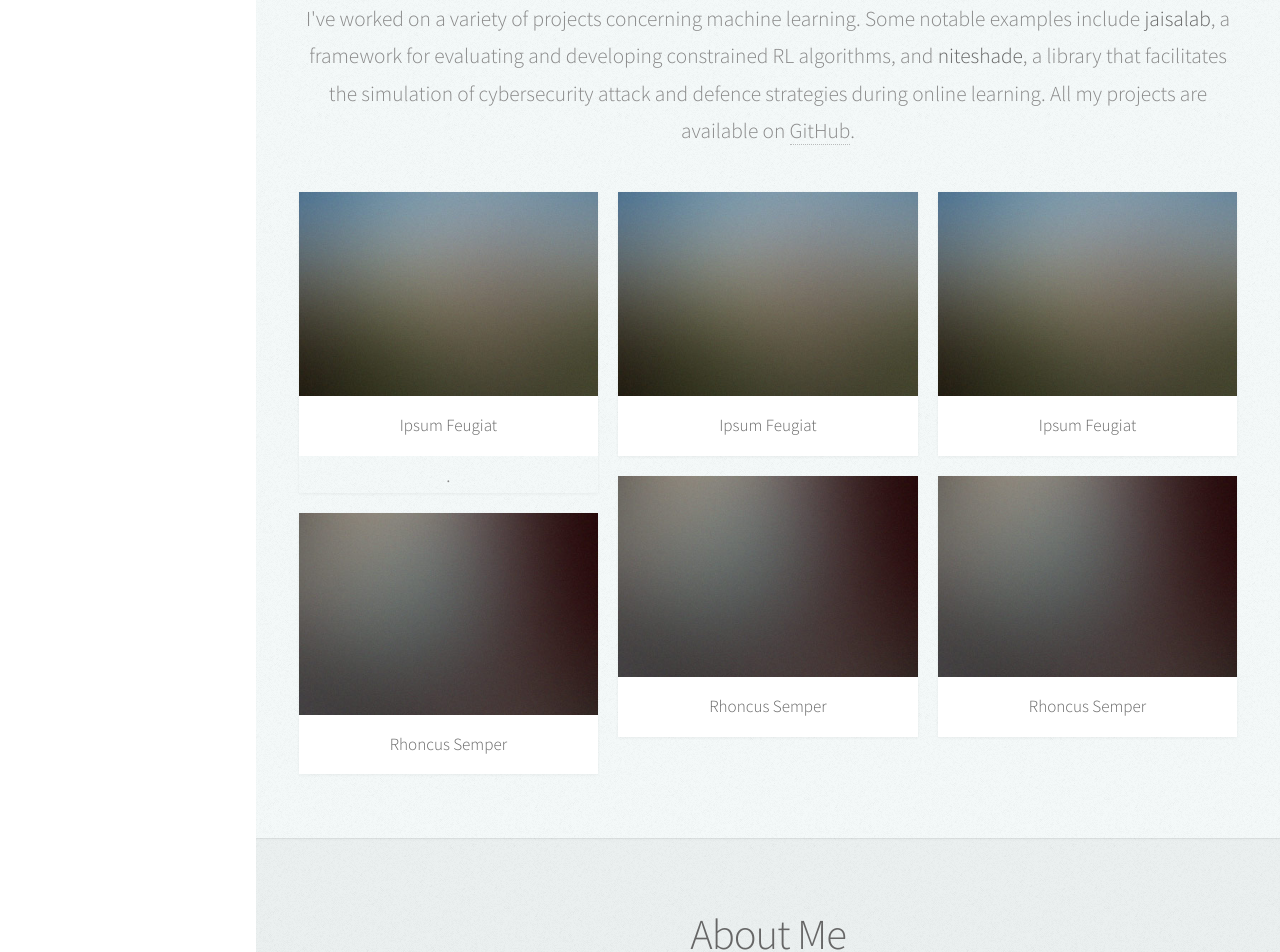
Repository: jaimesabalimperial/jaimesabalimperial.github.io
Page: index.html
The author's editor kept a copy of each file at every save. The page is drawn from the files as they stood at one save, then again after the next save.
The browser window is 1280 px wide. The pictures show the part of the page from y = 720 to 1672 px (the page is 3325 px tall).

Above is the page before, as saved 2022-10-04 13:56:13.

### index.html
<!DOCTYPE HTML>
<!--
	Prologue by HTML5 UP
	html5up.net | @ajlkn
	Free for personal and commercial use under the CCA 3.0 license (html5up.net/license)
-->
<html>
	<head>
		<title>Prologue by HTML5 UP</title>
		<meta charset="utf-8" />
		<meta name="viewport" content="width=device-width, initial-scale=1, user-scalable=no" />
		<link rel="stylesheet" href="assets/css/main.css" />
	</head>
	<body class="is-preload">

		<!-- Header -->
			<div id="header">

				<div class="top">

					<!-- Logo -->
						<div id="logo">
							<span class="image avatar48"><img src="images/profile2.jpeg" alt="" /></span>
							<h1 id="title">Jaime Sabal Bermúdez</h1>
							<p>Machine Learning Engineer/Researcher</p>
						</div>

					<!-- Nav -->
						<nav id="nav">
							<ul>
								<li><a href="#top" id="top-link"><span class="icon solid fa-home">Intro</span></a></li>
								<li><a href="#portfolio" id="portfolio-link"><span class="icon solid fa-th">Portfolio</span></a></li>
								<li><a href="#about" id="about-link"><span class="icon solid fa-user">About Me</span></a></li>
								<li><a href="#contact" id="contact-link"><span class="icon solid fa-envelope">Contact</span></a></li>
							</ul>
						</nav>

				</div>

				<div class="bottom">

					<!-- Social Icons -->
						<ul class="icons">
							<li><a href="#" class="icon brands fa-twitter"><span class="label">Twitter</span></a></li>
							<li><a href="#" class="icon brands fa-facebook-f"><span class="label">Facebook</span></a></li>
							<li><a href="https://github.com/jaimesabalimperial" class="icon brands fa-github"><span class="label">Github</span></a></li>
							<li><a href="https://medium.com/@jsabalb" class="icon brands fa-medium"><span class="label">Medium</span></a></li>
							<li><a href="mailto: jsabalb@gmail.com" class="icon solid fa-envelope"><span class="label">Email</span></a></li>
						</ul>

				</div>

			</div>

		<!-- Main -->
			<div id="main">

				<!-- Intro -->
					<section id="top" class="one dark cover">
						<div class="container">

							<header>
								<h2 class="alt">Hi! I'm <strong>Jaime</strong>, an aspiring <br />
								researcher in machine learning</a>.</h2>
								<p>My interests specifically revolve around reinforcement learning <br />
								and robot learning and control (with focus on evolutionary algorithms).</p>
							</header>

							<footer>
								<a href="#about" class="button scrolly">About Me</a>
							</footer>

						</div>
					</section>

				<!-- Portfolio -->
					<section id="portfolio" class="two">
						<div class="container">

							<header>
								<h2>Portfolio</h2>
							</header>

							<p>I've worked on a variety of projects concerning machine learning. Some notable
							examples include <strong>jaisalab</strong>, a framework for evaluating and developing
							constrained RL algorithms, and <strong>niteshade</strong>, a library that facilitates
							the simulation of cybersecurity attack and defence strategies during online learning.
							All my projects are available on <a href="https://github.com/jaimesabalimperial">GitHub</a>.</p>

							<div class="row">
								<div class="col-4 col-12-mobile">
									<article class="item">
										<a href="#" class="image fit"><img src="images/pic02.jpg" alt="" /></a>
										<header>
											<h3>Ipsum Feugiat</h3>
										</header>
										<p>.</p>
									</article>
									<article class="item">
										<a href="#" class="image fit"><img src="images/pic03.jpg" alt="" /></a>
										<header>
											<h3>Rhoncus Semper</h3>
										</header>
									</article>
								</div>
								<div class="col-4 col-12-mobile">
									<article class="item">
										<a href="#" class="image fit"><img src="images/pic02.jpg" alt="" /></a>
										<header>
											<h3>Ipsum Feugiat</h3>
										</header>
									</article>
									<article class="item">
										<a href="#" class="image fit"><img src="images/pic03.jpg" alt="" /></a>
										<header>
											<h3>Rhoncus Semper</h3>
										</header>
									</article>
								</div>
								<div class="col-4 col-12-mobile">
									<article class="item">
										<a href="#" class="image fit"><img src="images/pic02.jpg" alt="" /></a>
										<header>
											<h3>Ipsum Feugiat</h3>
										</header>

									</article>
									<article class="item">
										<a href="#" class="image fit"><img src="images/pic03.jpg" alt="" /></a>
										<header>
											<h3>Rhoncus Semper</h3>
										</header>
									</article>
								</div>
							</div>

						</div>
					</section>

				<!-- About Me -->
					<section id="about" class="three">
						<div class="container">

							<header>
								<h2>About Me</h2>
							</header>

							<a href="#" class="image featured"><img src="images/pic08.jpg" alt="" /></a>

							<p>Tincidunt eu elit diam magnis pretium accumsan etiam id urna. Ridiculus
							ultricies curae quis et rhoncus velit. Lobortis elementum aliquet nec vitae
							laoreet eget cubilia quam non etiam odio tincidunt montes. Elementum sem
							parturient nulla quam placerat viverra mauris non cum elit tempus ullamcorper
							dolor. Libero rutrum ut lacinia donec curae mus vel quisque sociis nec
							ornare iaculis.</p>

						</div>
					</section>

				<!-- Contact -->
					<section id="contact" class="four">
						<div class="container">

							<header>
								<h2>Contact</h2>
							</header>

							<p>Elementum sem parturient nulla quam placerat viverra
							mauris non cum elit tempus ullamcorper dolor. Libero rutrum ut lacinia
							donec curae mus. Eleifend id porttitor ac ultricies lobortis sem nunc
							orci ridiculus faucibus a consectetur. Porttitor curae mauris urna mi dolor.</p>

							<form method="post" action="#">
								<div class="row">
									<div class="col-6 col-12-mobile"><input type="text" name="name" placeholder="Name" /></div>
									<div class="col-6 col-12-mobile"><input type="text" name="email" placeholder="Email" /></div>
									<div class="col-12">
										<textarea name="message" placeholder="Message"></textarea>
									</div>
									<div class="col-12">
										<input type="submit" value="Send Message" />
									</div>
								</div>
							</form>

						</div>
					</section>

			</div>

		<!-- Footer -->
			<div id="footer">

				<!-- Copyright -->
					<ul class="copyright">
						<li>&copy; Untitled. All rights reserved.</li><li>Design: <a href="http://html5up.net">HTML5 UP</a></li>
					</ul>

			</div>

		<!-- Scripts -->
			<script src="assets/js/jquery.min.js"></script>
			<script src="assets/js/jquery.scrolly.min.js"></script>
			<script src="assets/js/jquery.scrollex.min.js"></script>
			<script src="assets/js/browser.min.js"></script>
			<script src="assets/js/breakpoints.min.js"></script>
			<script src="assets/js/util.js"></script>
			<script src="assets/js/main.js"></script>

	</body>
</html>

Loaded but not shown: assets/js/jquery.min.js (library); assets/js/jquery.scrolly.min.js (common file); assets/css/fontawesome-all.min.css (library); assets/js/jquery.scrollex.min.js (common file); assets/js/browser.min.js (common file); assets/js/breakpoints.min.js (common file); assets/js/util.js (587 lines, source omitted); assets/js/main.js (123 lines, source omitted); assets/css/main.css (2633 lines, source omitted)

After the next save:
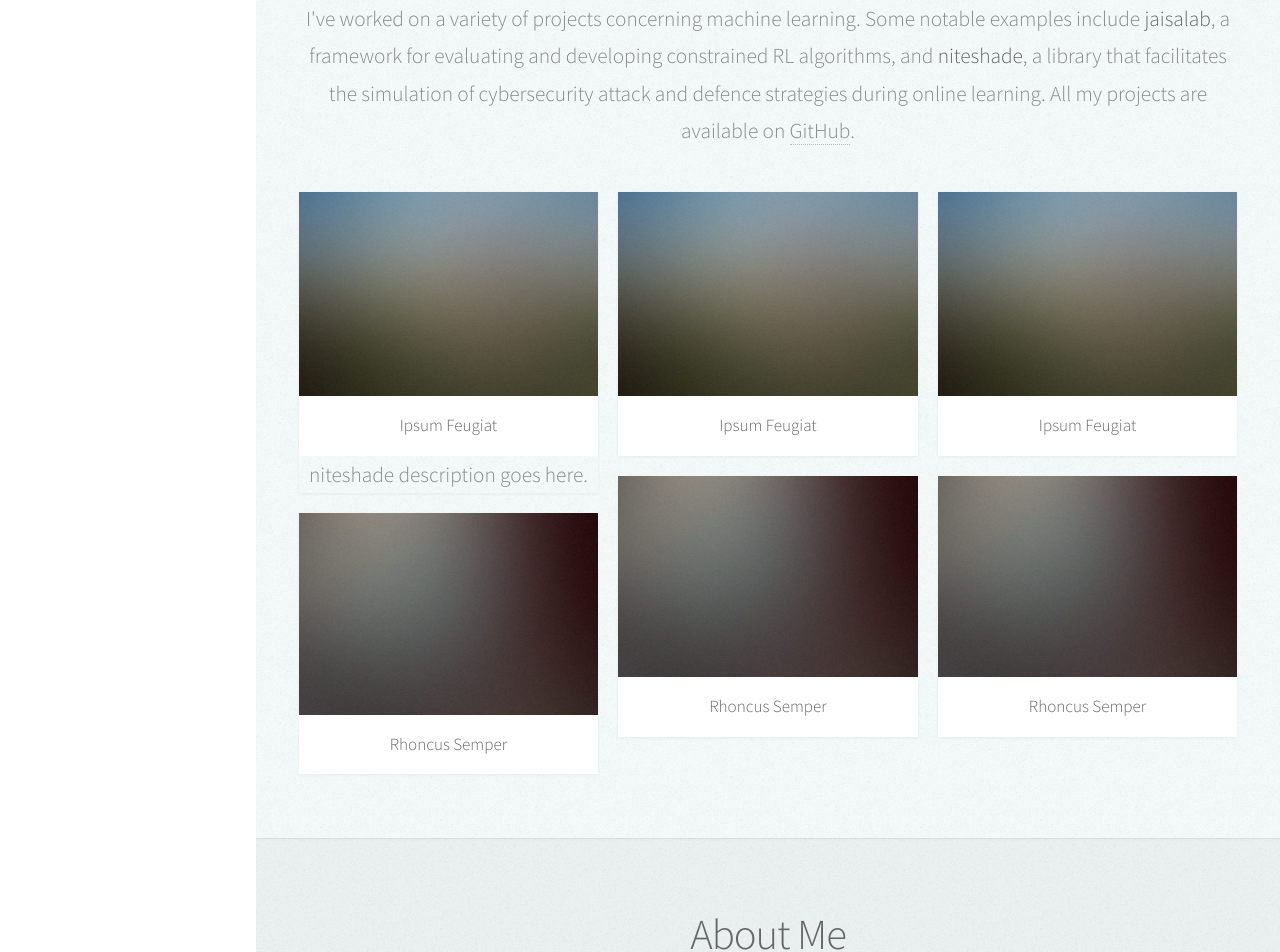
Saved 9 s later.
--- a/index.html
+++ b/index.html
@@ -94,7 +94,7 @@
 										<header>
 											<h3>Ipsum Feugiat</h3>
 										</header>
-										<p>.</p>
+										<p>niteshade description goes here.</p>
 									</article>
 									<article class="item">
 										<a href="#" class="image fit"><img src="images/pic03.jpg" alt="" /></a>
